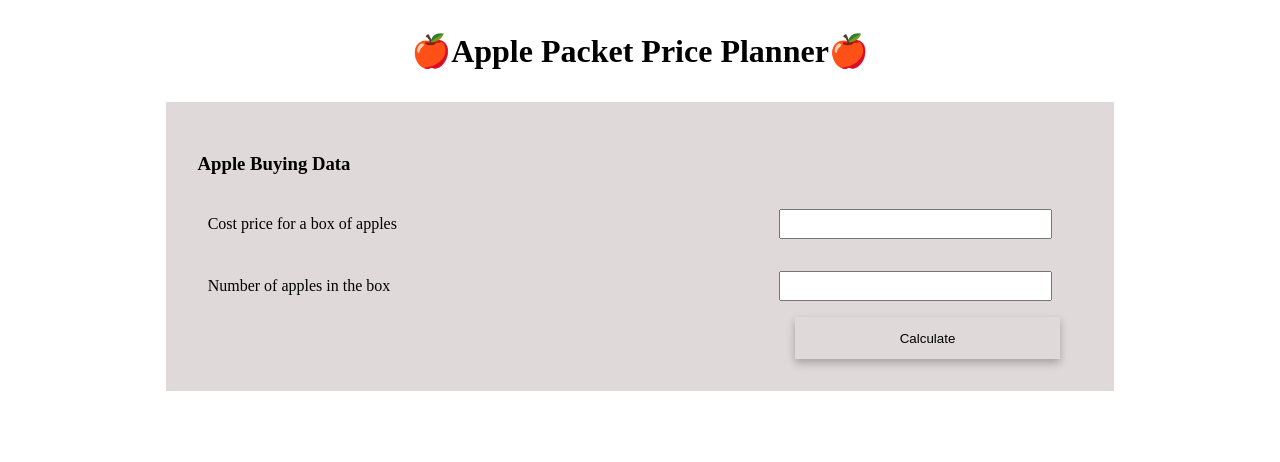
Repository: lasity34/apple-packet-price-planner
Page: index.html
An editor plug-in stored every save of this project. The page is shown before and after the next save, followed by the edit.
The browser window is 1280 px wide. The pictures show the whole page.

Above is the page before, as saved 2023-05-29 10:21:00.

### index.html
<!DOCTYPE html>
<html lang="en">
  <head>
    <meta charset="UTF-8" />
    <meta http-equiv="X-UA-Compatible" content="IE=edge" />
    <meta name="viewport" content="width=device-width, initial-scale=1.0" />
    <title>Apple Packet Price Planner</title>
    <link href="./style.css" rel="stylesheet" />
  </head>
  <body>
    <h1>🍎Apple Packet Price Planner🍎</h1>
    <main>
      <h3>Apple Buying Data</h3>
      <section class="input_section">
        <div class="input_container">
          <label for="apple_price">Cost price for a box of apples</label><br />
          <input
            type="number"
            id="apple_price"
            name="apple_price"
            required
          /><br />
        </div>
      </section>
      <section class="input_section">
        <div class="input_container">
          <label for="apple_num">Number of apples in the box</label><br />
          <input type="number" id="apple_num" name="apple_num" required /><br />
        </div>
      </section>
      <div class="btn_container">
        <div></div>
        <button class="calculate_btn">Calculate</button>
      </div>
    </main>
  </body>
  <script src="./apple-factory.js"></script>
  <script src="./apple-dom.js"></script>
</html>

### style.css

h1 {
    text-align: center;
    margin: 1em;
}

main {
    background-color: rgb(223, 217, 217);
    margin: 0 auto;
    padding: 2em;
    width: 70%;
}

.input_section {
    padding: 1em 0;
}

.input_container {
    display: flex;
    justify-content: space-around;
    height: 30px;
}

.input_container input {
    width: 30%;
}

.input_container label {
    width: 60%;
   align-self: center;
}

.btn_container {
    display: flex;
    justify-content: space-around


}

.btn_container div {
    width: 60%;
}

.calculate_btn {
    background-color: rgb(223, 217, 217);
    width: 30%;
    padding: 1em;
    border: none;
    box-shadow: 0px 4px 8px rgba(0, 0, 0, 0.25);
}

### apple-factory.js


function apple_factory(price, num) {

    let apple_cost_price = price || 0;
    let num_apples = num || 0;

    function apple_price(price) {
        apple_cost_price = price
    }

     function apple_count(num) {
        num_apples = num
     }

    function apples_price_length() {
        return apple_cost_price
    }

    function apple_count_length() {
        return num_apples
    }

    return {
        apple_price,
        apples_price_length,
        apple_count,
        apple_count_length

    }
}

### apple-dom.js



const apple_fact = apple_factory()


function apple_dom() {

}

After the next save:
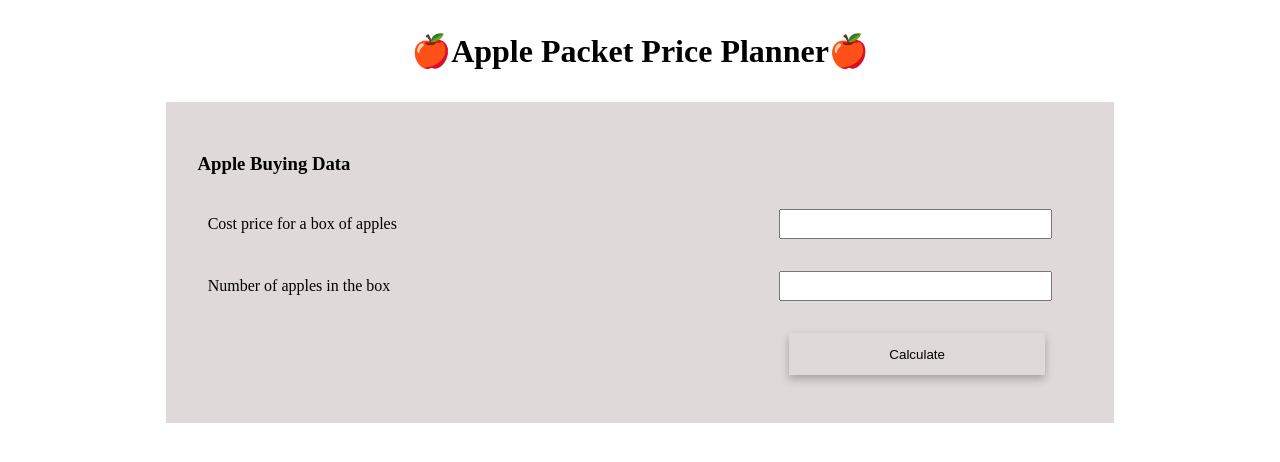
Saved 17 s later.
--- a/style.css
+++ b/style.css
@@ -32,8 +32,8 @@ main {
 
 .btn_container {
     display: flex;
-    justify-content: space-around
-
+    justify-content: space-around;
+    padding: 1em;
 
 }
 
